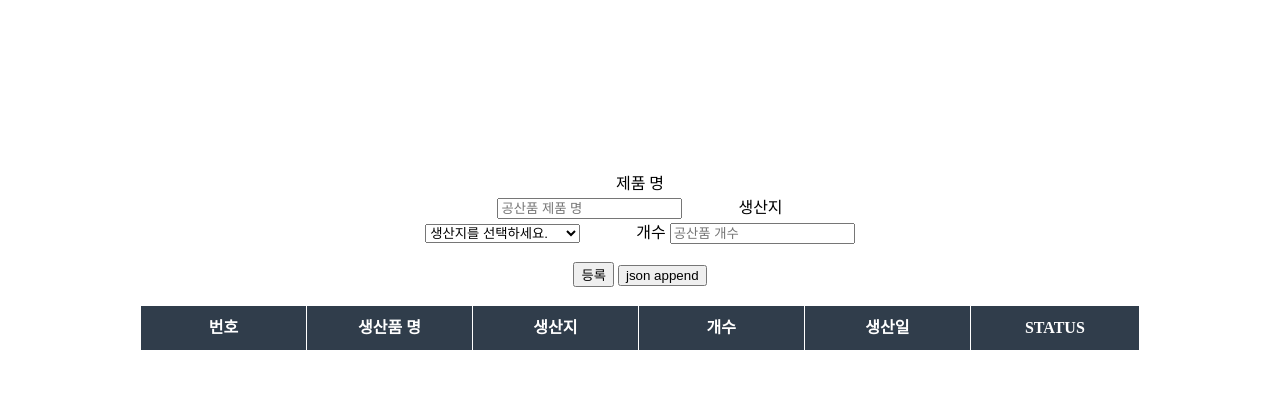
Repository: charmingjae/swproject
Page: http://localhost/board_project/product.jsp
The author's editor kept a copy of each file at every save. The page is drawn from the files as they stood at one save, then again after the next save.
The browser window is 1280 px wide. The pictures show the whole page.
Some web libraries are served in a nearby version. The page is served by Tomcat 9. Other server files are loaded and not shown. Queries for data that is not in the repository find no rows.

Above is the page before, as saved 2019-10-15 11:23:07.

### board_project/board_project/WebContent/product.jsp
<%@ taglib uri="http://java.sun.com/jsp/jstl/core" prefix="c" %> <!--  0924 append -->
<%@ page session="false" %> <!-- 0924 append -->
<%@ page language="java" contentType="text/html; charset=EUC-KR"
    pageEncoding="EUC-KR"%>
<%@ page import="java.sql.*" %>
<%@ page import="java.util.ArrayList"%>
<%@ taglib prefix="fmt" uri="http://java.sun.com/jsp/jstl/fmt" %>
<style>
	table.type11 {
	    border-collapse: separate;
	    border-spacing: 1px;
	    text-align: center;
	    line-height: 1.5;
	    margin: 20px 10px;
	}
	table.type11 th {
	    width: 155px;
	    padding: 10px;
	    font-weight: bold;
	    vertical-align: top;
	    color: #fff;
	    background: #303D4B ;
	}
	table.type11 td {
	    width: 155px;
	    padding: 10px;
	    vertical-align: top;
	    border-bottom: 1px solid #ccc;
	    background: #eee;
	}
	a:link { color: red; text-decoration: none;}
	a:visited { color: black; text-decoration: none;}
	a:hover { color: blue; text-decoration: none;}
</style>

<script type="text/javascript" src="http://code.jquery.com/jquery-1.10.1.min.js"></script> <!--  0924 append -->
<script language = "javascript">




// SQL
// 0924 append


													// TEST1
/*       $(function() {

        $("#checkJson").click(function() {
          var form = document.writeform;
          //사람 정보
          var blockChain = new Array();

          var blockInfo = new Object();

          blockInfo.name = form.proname.value;
          blockInfo.location = form.proloc.value;
          blockInfo.count = form.pronumber.value;

          blockChain.push(blockInfo);


          //블록체인 정보를 넣음
          var totalInfo = new Object();

          totalInfo.block = blockChain;

          var jsonInfo = JSON.stringify(totalInfo);
          console.log(jsonInfo); //브라우저 f12개발자 모드에서 confole로 확인 가능
          alert(jsonInfo);

        });

      }); */




      												// TEST2
 	$(function() {

        $("#checkJson").click(function() {
          var form = document.writeform;
          //사람 정보
          var blockChain = new Array();

          var blockInfo = new Object();

          blockInfo.sender = form.proname.value;
          blockInfo.recipient = form.proloc.value;
          blockInfo.amount = form.pronumber.value;

          blockChain.push(blockInfo);


          //블록체인 정보를 넣음
          var totalInfo = new Object();

          totalInfo/* .transactions */ = blockChain;

          var jsonInfo = JSON.stringify(totalInfo);
          console.log(jsonInfo); //브라우저 f12개발자 모드에서 confole로 확인 가능
          alert(jsonInfo);

          $.ajax({
        	  type: "POST",
              dataType : "JSON",
              url : "http://localhost:8000/transactions/new/",
              data : jsonInfo,
              success : function(data){
            	  alert("SUCCESS");
              },
              error : function(e){
            	  alert("문제가 일어났습니다.");
              }
          });
        });
      });

//


function writeCheck()
{
	var form = document.writeform;
	if(!form.proname.value)
	{
		alert("제품 명을 선택하세요.");
		form.name.focus();
		return;
	}

	if(!form.proloc.value)
	{
		alert("생산지를 적어주세요.");
		form.proloc.focus();
		return;
	}
	if(!form.pronumber.value)
	{
		alert("개수를 입력하세요.");
		form.pronumber.focus();
		return;
	}
	form.submit();
}



function addRow(){

	   mytable = document.getElementById("table1");  //행을 추가할 테이블
	   row = mytable.insertRow(mytable.rows.length);  //추가할 행


	   cell1 = row.insertCell(0);  //실제 행 추가 여기서의 숫자는 컬럼 수
	   cell2 = row.insertCell(1);
	   cell3 = row.insertCell(2);


       cell1.innerHTML = document.getElementsByName('proname')[0].value; //추가한 행에 원하는  요소추가
	   cell2.innerHTML = document.getElementsByName('proloc')[0].value;
	   cell3.innerHTML = document.getElementsByName('pronumber')[0].value;
	}

function statusChg(){



	if(confirm("상태를 변경하시겠습니까?")){

	}
	else{
		return;
	}

}

	<%

		final int ROWSIZE = 4;
		final int BLOCK = 5;

		int pg = 1;

		if(request.getParameter("pg")!=null){
			pg=Integer.parseInt(request.getParameter("pg"));
		}

		int start = (pg*ROWSIZE) - (ROWSIZE -1);
		int end = (pg*ROWSIZE);

		int allPage = 0;

		int startPage = ((pg-1)/BLOCK*BLOCK)+1;
		int endPage = ((pg-1)/BLOCK*BLOCK)+BLOCK;
	%>
</script>
<!DOCTYPE html PUBLIC "-//W3C//DTD HTML 4.01 Transitional//EN" "http://www.w3.org/TR/html4/loose.dtd">
<html>
	<head>
 		<title> 공산품 관리 </title>
	</head>
 	<body>
 		<table>
			 <center>


				 <form name=writeform method=post action="write_ok.jsp">
				 			<br /><br /><br /><br /><br /><br /><br /><br /><br />
								<label>제품 명 </label><br />
								<input autocomplete=off list="product" id="prodname" name="proname" placeholder="공산품 제품 명">
									<datalist id="product">
											<option value="AIR JORDAN1">AIR JORDAN1</option>
											<option value="YEEZY BOOST">YEEZY BOOST</option>
									</datalist>
								&emsp;&emsp;&emsp;
								<label>생산지 </label><br />
							 	<!-- <input autocomplete=off name="proloc" placeholder="생산지" /> -->
									<select id="prodloc" name="proloc" size=1">
										<optgroup label="ASIA">
											<option value="" selected disabled hidden> 생산지를 선택하세요.</option>
											<option value="KR">KR(KOREA)</option>
											<option value="CH">CH(CHINA)</option>
										</optgroup>
									</select>
								&emsp;&emsp;&emsp;
								<label>개수 </label>
								<input autocomplete=off id="prodnumber" name="pronumber" placeholder="공산품 개수"/>
				 </form>



			 </center>
		</table>
 		<br />
		<table width="100%" cellpadding="0" cellspacing="0" border="0" style="margin:auto; text-align:center">


	  		<tr>
	   			<td>
	   				<input type=button value="등록" OnClick = "javascript:writeCheck();">
	   				<input type=button value="json append" id="checkJson">
	   			</td>
	  		</tr>
  		<!-- <script type="text/javascript" src"./js/app.js"></script> -->
		</table>
		<br />

		<table width="1000px" cellpadding="0" cellspacing="0" border="0" style="margin:auto; text-align:center" class="type11">
		<tr>
			<th>번호</th>
			<th>생산품 명</th>
			<th>생산지</th>
			<th>개수</th>
			<th>생산일</th>
			<th>STATUS</th>
		</tr>
  			<%

  			request.setCharacterEncoding("euc-kr");
  			Class.forName("com.mysql.jdbc.Driver");

  			String url = "jdbc:mysql://localhost:3306/pm?characterEncoding=UTF-8 & serverTimezone=UTC";
  			String id = "root";
  			String pass = "ckalswosla1";
  			String product_name = request.getParameter("proname");
  			String nation = request.getParameter("proloc");
  			String count = request.getParameter("pronumber");



  			ResultSet rs = null;
  			ResultSet rs1 = null;
  			int total = 0;
  			/* Statement stmt = null; */
  			try {


  				Connection conn = DriverManager.getConnection(url,id,pass);

  				/* final int ROWSIZE = 4;
  				final int BLOCK = 5;

  				int pg = 1;

  				if(request.getParameter("pg")!=null){
  					pg=Integer.parseInt(request.getParameter("pg"));
  				}

  				int start = (pg*ROWSIZE) - (ROWSIZE -1);
  				int end = (pg*ROWSIZE);

  				int allPage = 0;

  				int startPage = ((pg-1)/BLOCK*BLOCK)+1;
  				int endPage = ((pg-1)/BLOCK*BLOCK)+BLOCK; */

  				String sql = "SELECT * FROM PRODUCT WHERE NO >= " + start + " and NO <= " + end + " ORDER BY NO";
  				String sqlSort = "SELECT COUNT(*) FROM PRODUCT";

  				Statement stmt = conn.createStatement();
  				Statement stmt1 = conn.createStatement();


  				rs1 = stmt1.executeQuery(sqlSort);
  				try{
  	  				if(rs1.next()){
  	  					total = rs1.getInt(1);
  	  				}
  				}catch(NullPointerException e){
  					out.println(e.toString());
  				}

  				rs = stmt.executeQuery(sql);


  				while(rs.next())
  				{
  			%>
  				<tr>
  					<td><%= rs.getString("NO") %></td>
  					<td><%= rs.getString("PRODUCT_NAME") %></td>
  					<td><%= rs.getString("NATION") %></td>
  					<td><%= rs.getString("COUNT") %></td>
  					<td><%= rs.getString("CREATE_DATE") %></td>
  					<td><a class="statusChg" href="javascript:statusChg();">
  					<%= rs.getString("STATUS") %></a>
  					</td>
  				</tr>
  			<%
  				}

  				allPage = (int)Math.ceil(total/(double)ROWSIZE);

  				if(endPage > allPage){
  					endPage = allPage;
  				}

  				rs.close();
  				rs1.close();
				stmt.close();
  				stmt1.close();
  				conn.close();
  			} catch(SQLException e) {
  			out.println( e.toString() );
  			}
  			%>
  			</table>

  			<table width="100%" cellpadding="0" cellspacing="0" border="0">
  				<tr><td colspan="4" height="5"></td></tr>
  				<tr>
  					<td align="center">
  						<%
  							if(pg>BLOCK){
  						%>
  							<a href="product.jsp?pg=1"> ◀◀ </a>
  							<a href="product.jsp?pg=<%=startPage-1%>"> ◀ </a>
  						<%
  							}
  						%>

  						<%
  							for(int i=startPage;i<=endPage;i++){
  								if(i==pg){
  						%>
  								<b> <%= i %>&nbsp; </b>
  						<%
  								}else{
  						%>
  									<a href="product.jsp?pg=<%=i %>"><%= i %>&nbsp;</a>
  						<%
  								}
  							}
  						%>

  						<%
  							if(endPage<allPage){
  						%>
  							<a href="product.jsp?pg=<%=endPage+1 %>"> ▶ </a>
  							<a href="product.jsp?pg=<%=allPage %>"> ▶▶ </a>
  						<%
  							}
  						%>
  						</td>
  						</tr>
  			</table>
	</body>
</html>

After the next save:
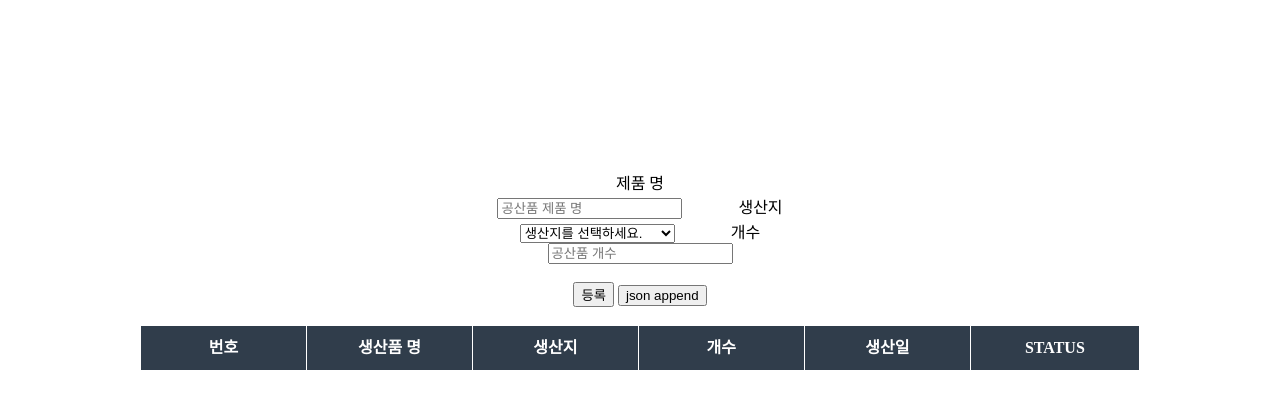
Saved 25 s later.
--- a/board_project/board_project/WebContent/product.jsp
+++ b/board_project/board_project/WebContent/product.jsp
@@ -225,7 +225,7 @@
 										</optgroup>
 									</select>
 								&emsp;&emsp;&emsp;
-								<label>개수 </label>
+								<label>개수 </label> 	<br />
 								<input autocomplete=off id="prodnumber" name="pronumber" placeholder="공산품 개수"/>
 				 </form>
 

After the save that followed:
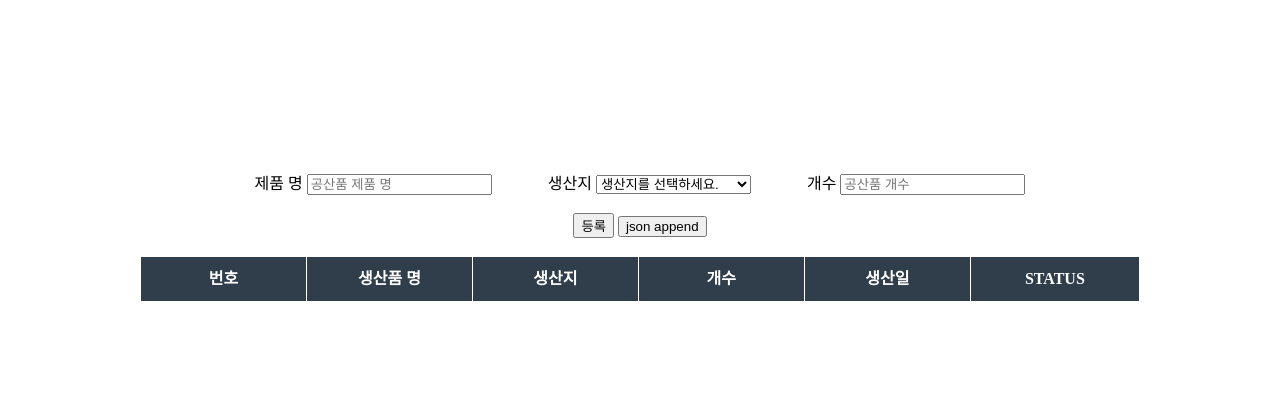
Saved 23 s later.
--- a/board_project/board_project/WebContent/product.jsp
+++ b/board_project/board_project/WebContent/product.jsp
@@ -208,14 +208,14 @@
 
 				 <form name=writeform method=post action="write_ok.jsp">
 				 			<br /><br /><br /><br /><br /><br /><br /><br /><br />
-								<label>제품 명 </label><br />
+								<label>제품 명 </label>
 								<input autocomplete=off list="product" id="prodname" name="proname" placeholder="공산품 제품 명">
 									<datalist id="product">
 											<option value="AIR JORDAN1">AIR JORDAN1</option>
 											<option value="YEEZY BOOST">YEEZY BOOST</option>
 									</datalist>
 								&emsp;&emsp;&emsp;
-								<label>생산지 </label><br />
+								<label>생산지 </label>
 							 	<!-- <input autocomplete=off name="proloc" placeholder="생산지" /> -->
 									<select id="prodloc" name="proloc" size=1">
 										<optgroup label="ASIA">
@@ -225,7 +225,7 @@
 										</optgroup>
 									</select>
 								&emsp;&emsp;&emsp;
-								<label>개수 </label> 	<br />
+								<label>개수 </label>
 								<input autocomplete=off id="prodnumber" name="pronumber" placeholder="공산품 개수"/>
 				 </form>
 
